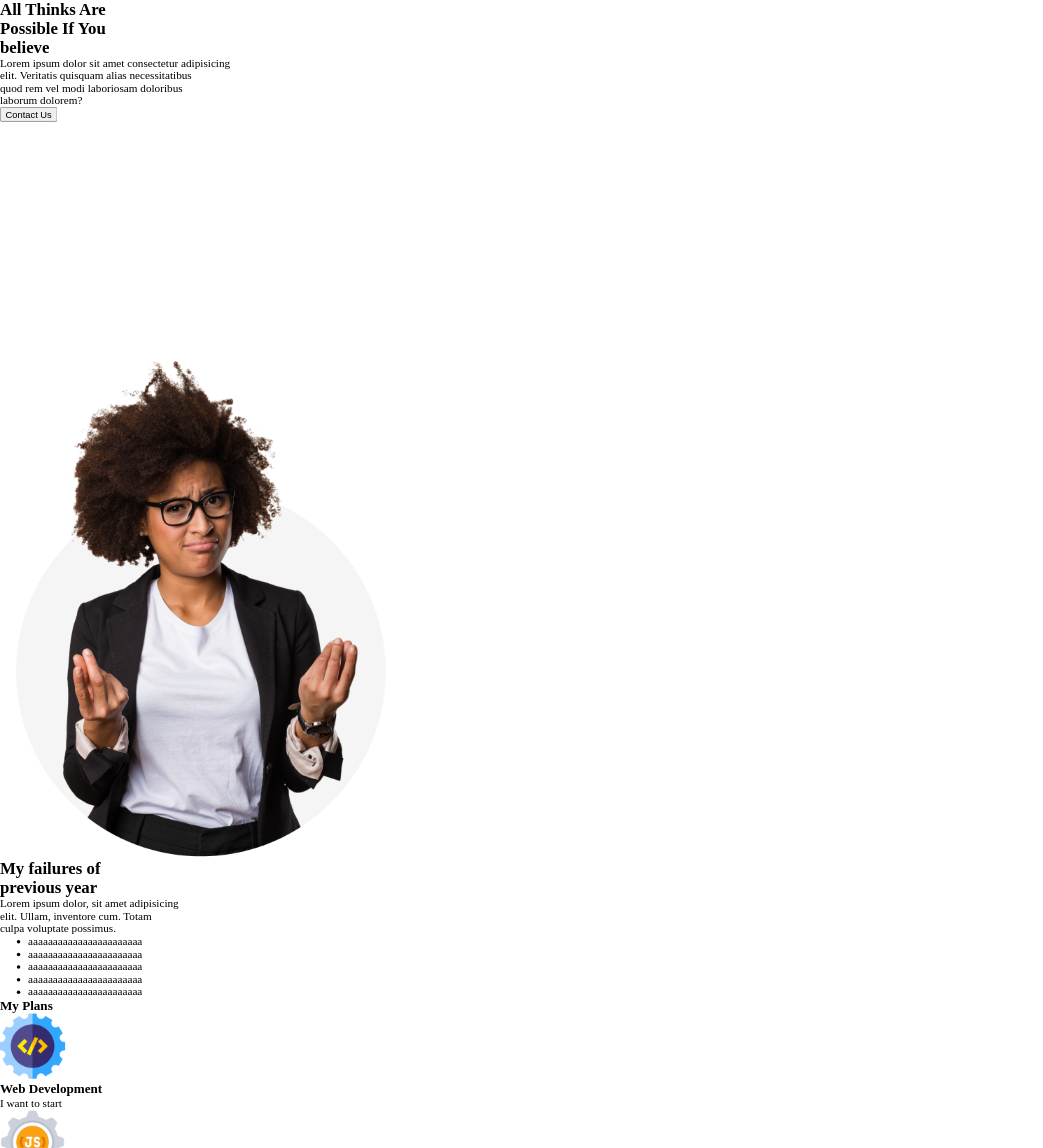
Repository: sadiaafsana138/All-Thinks-Are-Possible-Website
Page: index.html
The author's editor kept a copy of each file at every save. The page is drawn from the files as they stood at one save, then again after the next save.
The browser window is 1280 px wide. The page is 1280 px wide, then 1490 px, so the pictures cover 1490 px, including what lies to the right of the window. The pictures show the part of the page from y = 0 to 1640 px (the page is 3073 px tall before and 6315 px after), at 70% of full size.
Backgrounds fixed to the window are drawn as part of the page.

Above is the page before, as saved 2023-01-07 18:38:15.
Not found: styles/images/banner/banner1.png

After the next save:
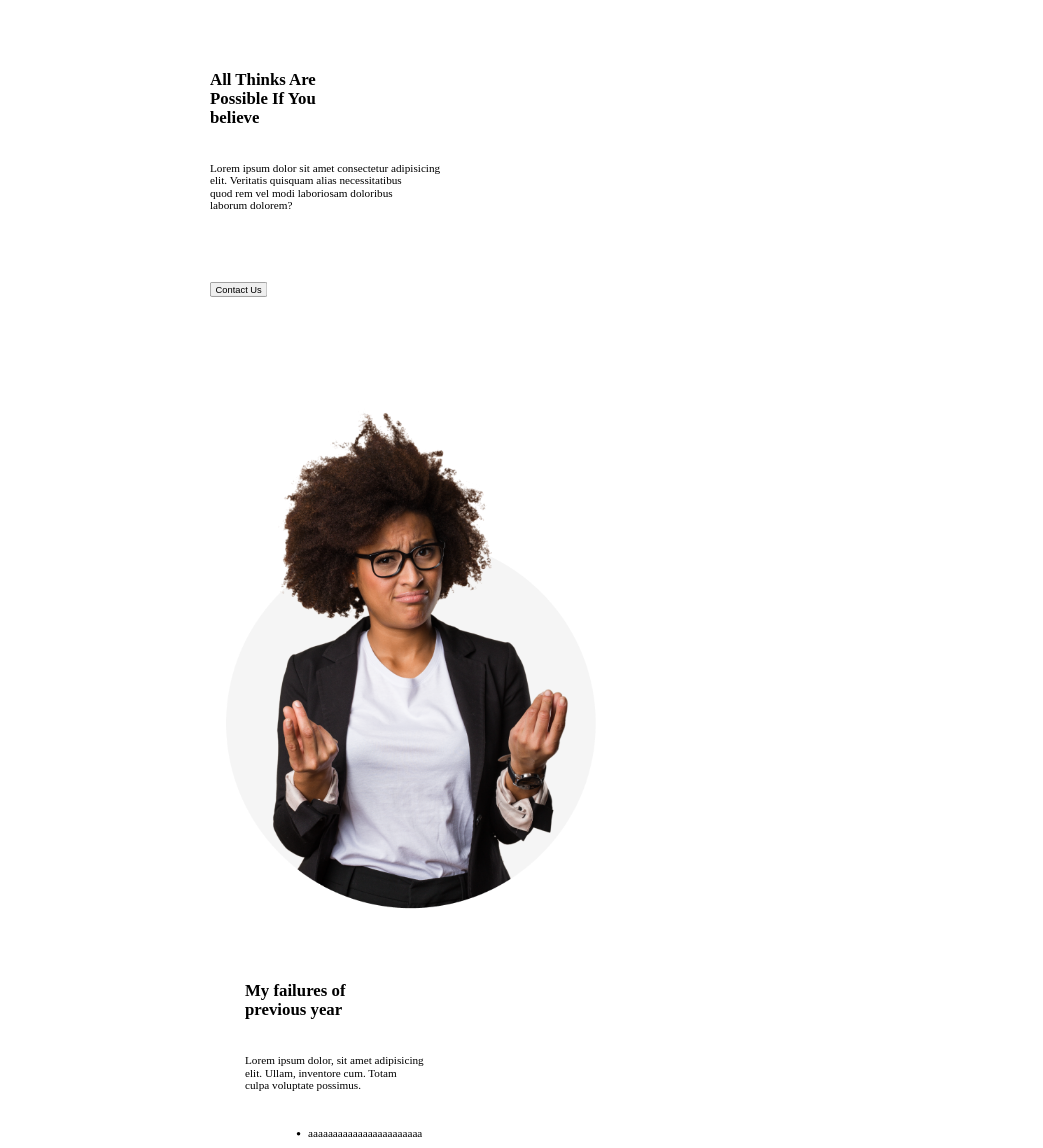
Saved 3 min 45 s later.
--- a/styles/web.css
+++ b/styles/web.css
@@ -1,10 +1,3 @@
 *{
-margin: 0;
+margin: 50px;
 }
-.header{
-    height: 500px;
-    background-image:url(images/banner/banner1.png);
-    background-repeat: no-repeat;
-     background-size: cover;
-   background-attachment: fixed;
-}
